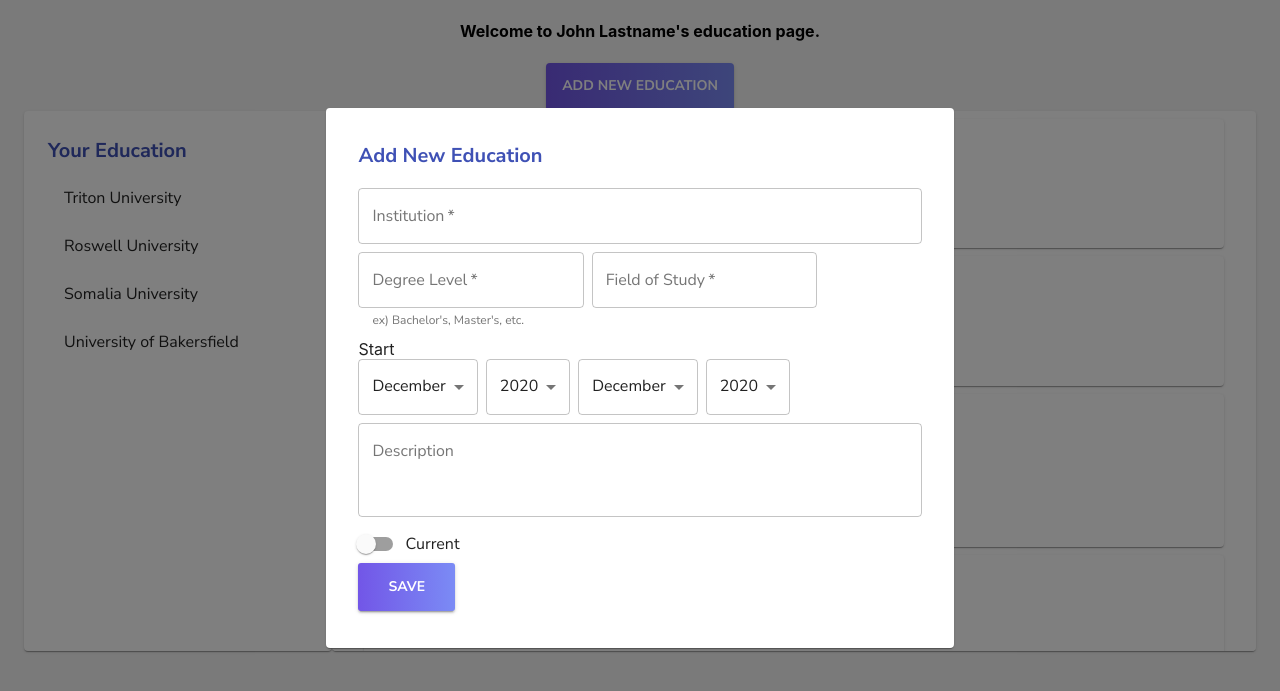
Repository: noellered/Showwcase-React-Challenge
Page: / (app in showwcase-education-react/), after clicking the first element matching `button.MuiButtonBase-root`
An editor plug-in stored every save of this project. The page is shown before and after the next save, followed by the edit.
The browser window is 1280 px wide. The pictures show the whole page.
The page's requests for data from a server got no answer. An inner scrolling area shows only its first screen. The project was rebuilt for these pictures with package versions that can differ from the ones it lists, and the page was loaded fresh each time. No one was signed in, and anything a server would have sent is missing. Also part of the build but not shown: showwcase-education-react/src/components/Home.tsx.

Above is the page before, as saved 2020-12-17 18:06:18.

After the next save:
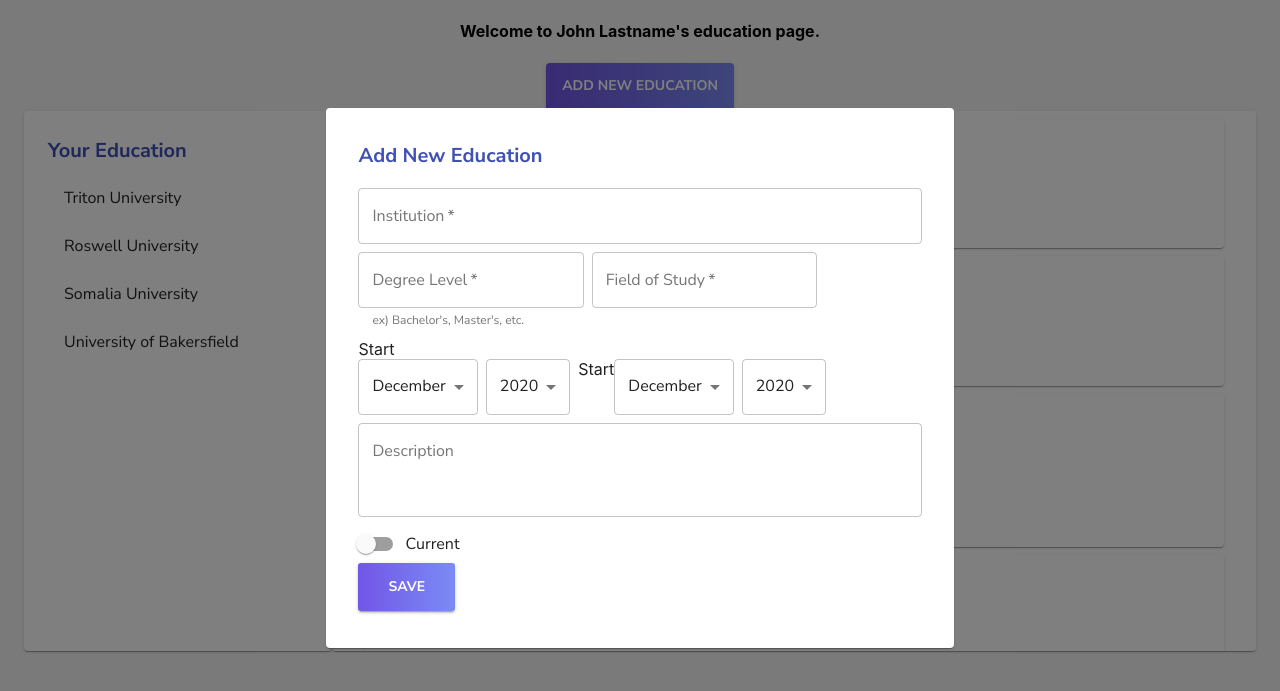
Saved 7 s later.
--- a/showwcase-education-react/src/components/education/EducationModalContent.tsx
+++ b/showwcase-education-react/src/components/education/EducationModalContent.tsx
@@ -179,7 +179,7 @@ const EducationModalContent:FunctionComponent<{handleUpdate: any}>= ({ handleUpd
                     <MonthPicker className={`${classes.input} ${classes.mr}`} id="startMonth" onChange={(e)=> setStart({...start, month: e.target.value})}/>
                     <YearPicker className={`${classes.input} ${classes.mr}`} id="startYear" onChange={(e)=> setStart({...start, year: e.target.value})}/>
 
-
+                    <span className={classes.label}>Start</span>
                     <MonthPicker className={`${classes.input} ${classes.mr}`} id="endMonth" onChange={(e)=> setEnd({...end, month: e.target.value})}/>
                     <YearPicker className={`${classes.input} ${classes.mr}`} id="endYear" onChange={(e)=> setEnd({...end, year: e.target.value})}/>
                 </div>
